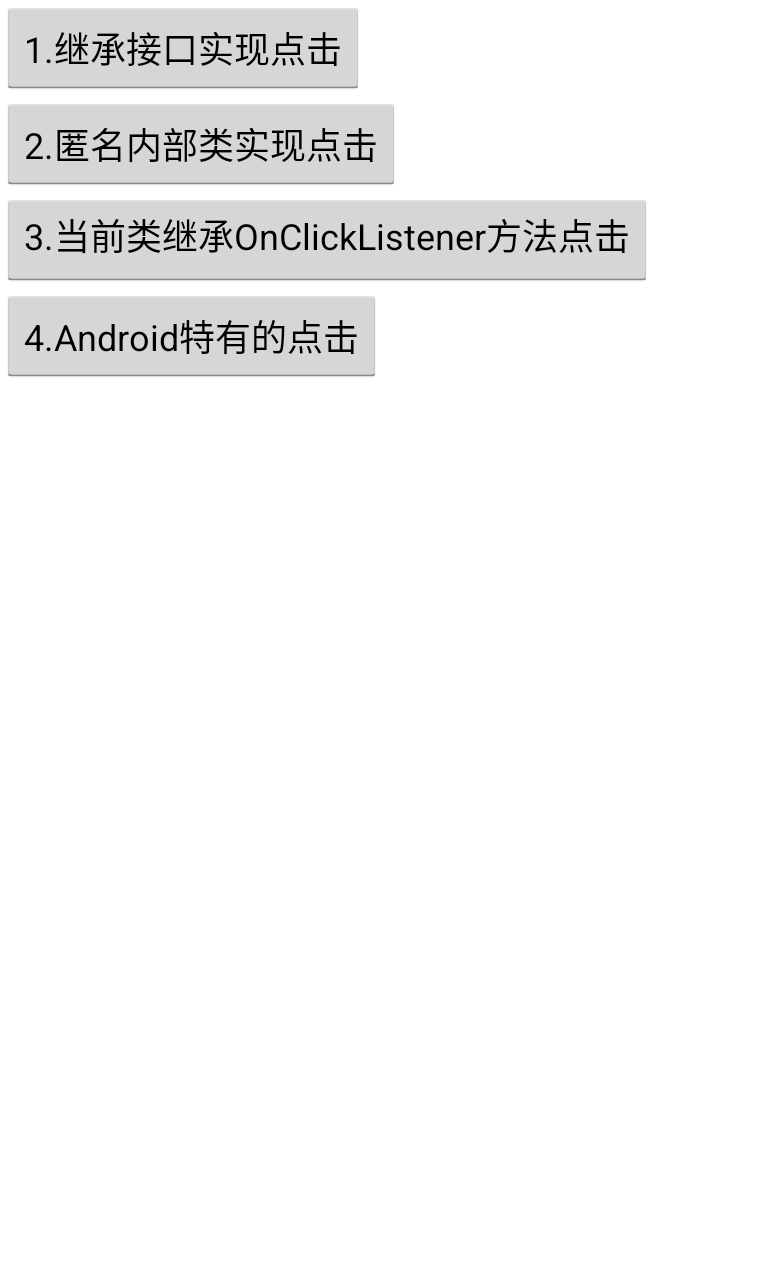
Repository: IvyZh/hm66
Layout: 黑马基础项目/res/layout/activity_registerbroadcast.xml
An editor plug-in stored every save of this project. The layout is shown before and after the next save, followed by the edit.
It is drawn on a 768 x 1280 px phone screen (xhdpi) without system bars, with theme AppTheme; the app's code is not run.

Above is the layout before, as saved 2016-05-26 10:29:53.

### 黑马基础项目/res/layout/activity_registerbroadcast.xml
<LinearLayout xmlns:android="http://schemas.android.com/apk/res/android"
    xmlns:tools="http://schemas.android.com/tools"
    android:layout_width="match_parent"
    android:layout_height="match_parent"
    android:orientation="vertical" >

    <Button
        android:id="@+id/bt_click1"
        android:layout_width="wrap_content"
        android:layout_height="wrap_content"
        android:onClick="click1"
        android:text="1.继承接口实现点击" />

    <Button
        android:id="@+id/bt_click2"
        android:layout_width="wrap_content"
        android:layout_height="wrap_content"
        android:text="2.匿名内部类实现点击" />

    <Button
        android:id="@+id/bt_click3"
        android:layout_width="wrap_content"
        android:gravity="left"
        android:layout_height="wrap_content"
        android:text="3.当前类继承OnClickListener方法点击" />

    <Button
        android:id="@+id/bt_click4"
        android:layout_width="wrap_content"
        android:layout_height="wrap_content"
        android:onClick="btClick"
        android:text="4.Android特有的点击" />

</LinearLayout>

Loaded but not shown: 黑马基础项目/res/values/styles.xml (common file); 黑马基础项目/res/values-v11/styles.xml (common file); 黑马基础项目/res/values-v14/styles.xml (common file)

After the next save:
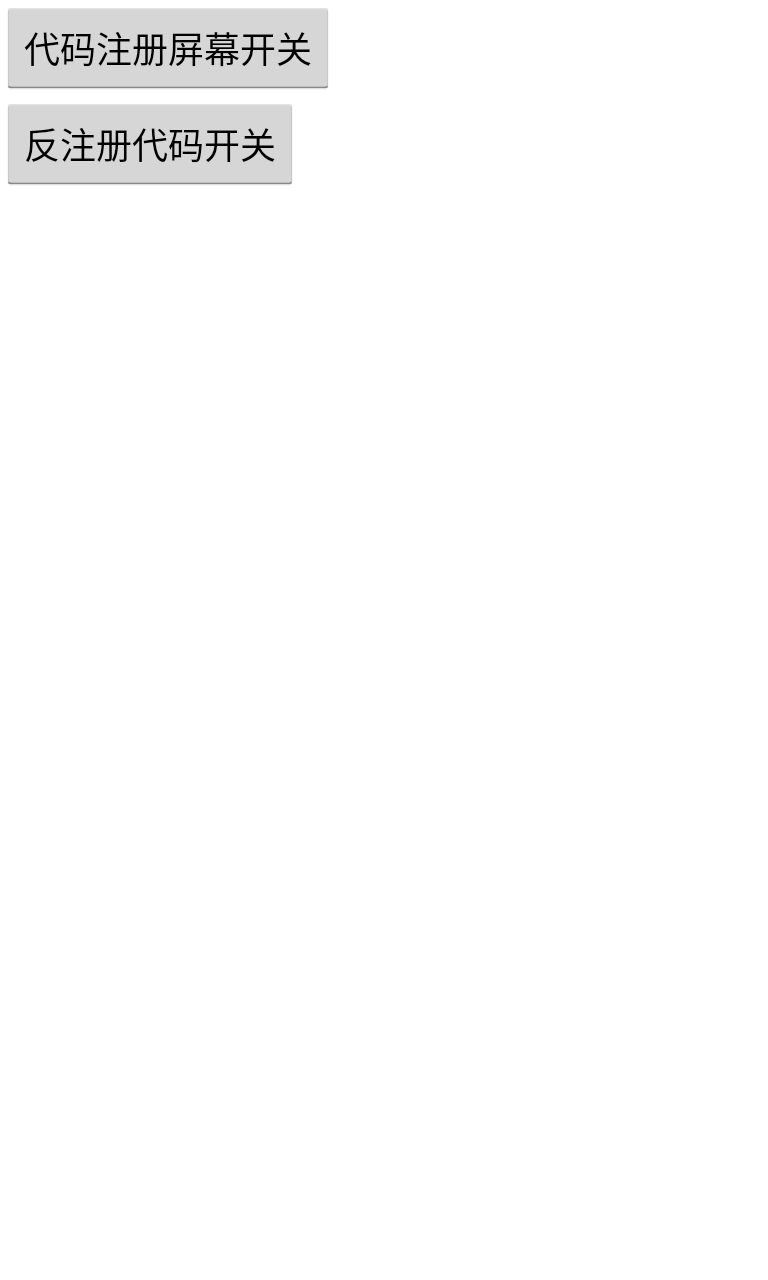
Saved 57 s later.
--- a/黑马基础项目/res/layout/activity_registerbroadcast.xml
+++ b/黑马基础项目/res/layout/activity_registerbroadcast.xml
@@ -9,26 +9,13 @@
         android:layout_width="wrap_content"
         android:layout_height="wrap_content"
         android:onClick="click1"
-        android:text="1.继承接口实现点击" />
+        android:text="代码注册屏幕开关" />
 
     <Button
         android:id="@+id/bt_click2"
         android:layout_width="wrap_content"
         android:layout_height="wrap_content"
-        android:text="2.匿名内部类实现点击" />
-
-    <Button
-        android:id="@+id/bt_click3"
-        android:layout_width="wrap_content"
-        android:gravity="left"
-        android:layout_height="wrap_content"
-        android:text="3.当前类继承OnClickListener方法点击" />
-
-    <Button
-        android:id="@+id/bt_click4"
-        android:layout_width="wrap_content"
-        android:layout_height="wrap_content"
-        android:onClick="btClick"
-        android:text="4.Android特有的点击" />
+        android:onClick="click2"
+        android:text="反注册代码开关" />
 
 </LinearLayout>
